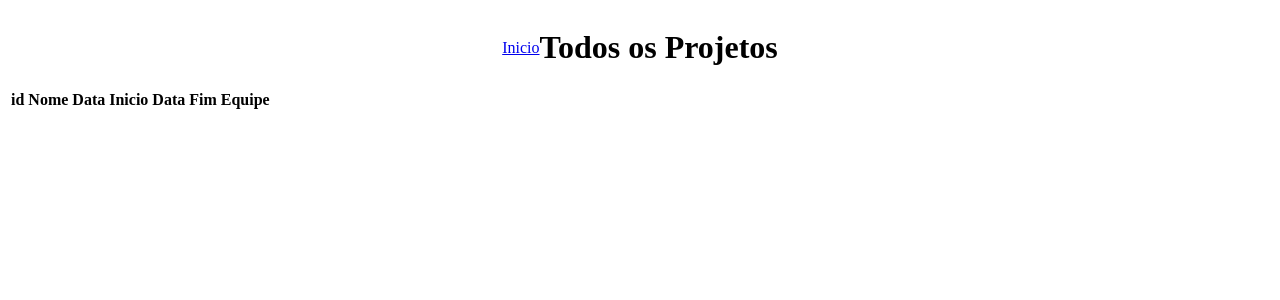
Repository: OmagnetFirel/basico-javaweb
Page: http://localhost/DEVManager/ListarTodosProjetos?np=/listarProjetos.jsp
The author's editor kept a copy of each file at every save. The page is drawn from the files as they stood at one save, then again after the next save.
The browser window is 1280 px wide. The pictures show the whole page.
The page is served by Tomcat 9. Other server files are loaded and not shown. Queries for data that is not in the repository find no rows.

Above is the page before, as saved 2023-04-23 17:58:15.

### DEVManager/src/main/webapp/listarProjetos.jsp
<%@ page language="java" contentType="text/html; charset=ISO-8859-1"
    pageEncoding="ISO-8859-1"%>
    <%@ taglib uri="http://java.sun.com/jsp/jstl/core" prefix="c" %>
<!DOCTYPE html>
<html>
<head>
<meta charset="ISO-8859-1">
<title>DM - Todos os projetos</title>
</head>
<body>
	<div style="display:flex; justify-content:center; align-items:center;">
		<a href="/index.html">Inicio</a>
		<h1>Todos os Projetos</h1>
	</div>

	<table>
		<tr>
			<th>id</th>
			<th>Nome</th>
			<th>Data Inicio</th>
			<th>Data Fim</th>
			<th>Equipe</th>
		</tr>

		<c:forEach var="projeto" items="${projetos}">
			<tr>
				<td>
					${projeto.id}
				</td>
				<td>
					${projeto.nome}
				</td>
				<td>
					${projeto.dataInicio}
				</td>
				<td>
					${projeto.dataFim}
				</td>
				<td>
					${projeto.equipe.nome}
				</td>
			</tr>
		</c:forEach>


	</table>
</body>
</html>

### DEVManager/src/main/java/br/devmanager/controller/ListarTodosProjetos.java
package br.devmanager.controller;

import java.io.IOException;
import java.sql.SQLException;
import java.util.List;

import javax.servlet.RequestDispatcher;
import javax.servlet.ServletException;
import javax.servlet.annotation.WebServlet;
import javax.servlet.http.HttpServlet;
import javax.servlet.http.HttpServletRequest;
import javax.servlet.http.HttpServletResponse;

import br.devmanager.dao.ProjetoDao;
import br.devmanager.model.Projeto;


@WebServlet("/ListarTodosProjetos")
public class ListarTodosProjetos extends HttpServlet {
	private static final long serialVersionUID = 1L;

    public ListarTodosProjetos() {
        super();
    }


	protected void doGet(HttpServletRequest request, HttpServletResponse response) throws ServletException, IOException {
		ProjetoDao pjDAO = new ProjetoDao();
		List<Projeto> projetos = null;
		try {
			projetos = pjDAO.buscarTodos();
		} catch (SQLException e) {
			e.printStackTrace();
		}

		String np = request.getParameter("np");
		request.setAttribute("projetos", projetos);
		RequestDispatcher rd = request.getRequestDispatcher(np);
		rd.forward(request, response);
	}


	protected void doPost(HttpServletRequest request, HttpServletResponse response) throws ServletException, IOException {
		doGet(request, response);
	}

}

### DEVManager/src/main/java/br/devmanager/dao/ProjetoDao.java
package br.devmanager.dao;
import java.util.List;
import java.util.ArrayList;
import java.sql.Connection;
import java.sql.PreparedStatement;
import java.sql.ResultSet;
import java.sql.SQLException;

import br.devmanager.model.Projeto;

public class ProjetoDao {
	private Connection con = null;

	public ProjetoDao() {
		con = ConnectionFactory.getConnection();
	}

	public void adicionar(Projeto projeto) throws SQLException {
		String sql = "insert into projeto(nome, data_inicio, data_fim, equipe_id) values (?,?,?,?)";
		PreparedStatement stmt = con.prepareStatement(sql);

		java.sql.Date data_inicio_Convertida = null;
		try {
			data_inicio_Convertida = new java.sql.Date(projeto.getDataInicio().getTime());
		}catch (Exception e) {
			// TODO: handle exception
		}

		java.sql.Date data_fim_Convertida = null;
		try {
			data_fim_Convertida = new java.sql.Date(projeto.getDataFim().getTime());
		}catch (Exception e) {
			// TODO: handle exception
		}
		stmt.setString(1, projeto.getNome());
		stmt.setDate(2, data_inicio_Convertida);
		stmt.setDate(3, data_fim_Convertida);
		stmt.setInt(4, projeto.getEquipe().getId());

		stmt.execute();
		stmt.close();
		con.close();
	}

	public Projeto buscarUm(int id) throws SQLException{

		String sql = "select id, nome, data_inicio, data_fim, equipe_id from projeto where id=?";
		PreparedStatement stmt = con.prepareStatement(sql);
		stmt.setInt(1, id);
		ResultSet rs = stmt.executeQuery();

		Projeto projeto = null;

		if(rs.next()) {
			try {
				EquipeDao equipeDao = new EquipeDao();


				projeto = new Projeto(
						rs.getInt("id"),
						rs.getString("nome"),
						rs.getDate("data_inicio"),
						rs.getDate("data_fim"),
						equipeDao.buscarUm(rs.getInt("equipeId"))
						);
			}catch (Exception e) {
				System.out.println("Error: " + e);
			}
		} else {
			System.out.println("Não foi encontrado nem um proje com o id: " + id);
		}
		stmt.close();
		con.close();

		return projeto;

	}

	public List<Projeto> buscarTodos() throws SQLException {
		String sql = "select id, nome, data_inicio, data_fim, equipe_id from projeto";
		PreparedStatement stmt = con.prepareStatement(sql);
		ResultSet rs = stmt.executeQuery();

		List<Projeto> projetos = new ArrayList<Projeto>();
		while(rs.next()) {
			EquipeDao equipeDao = new EquipeDao();

			Projeto projeto = new Projeto(
					rs.getInt("id"),
					rs.getString("nome"),
					rs.getDate("data_inicio"),
					rs.getDate("data_fim"),
					equipeDao.buscarUm(rs.getInt("equipe_id"))
					);

			projetos.add(projeto);
		}

		return projetos;
	}
}

### DEVManager/src/main/java/br/devmanager/dao/ConnectionFactory.java
package br.devmanager.dao;

import java.sql.Connection;
import java.sql.DriverManager;
import java.sql.SQLException;

public class ConnectionFactory {

	public static Connection getConnection() {

		try {
			Class.forName("com.mysql.cj.jdbc.Driver");
		} catch (ClassNotFoundException e1) {
			// TODO Auto-generated catch block
			e1.printStackTrace();
		}


		try {
			return DriverManager.getConnection("jdbc:mysql://localhost:3306/db_star"
					,"root",
					"");
		} catch (SQLException e) {
			System.out.println("trolei aqui");
			e.printStackTrace();
		}
		return null;
	}
}

After the next save:
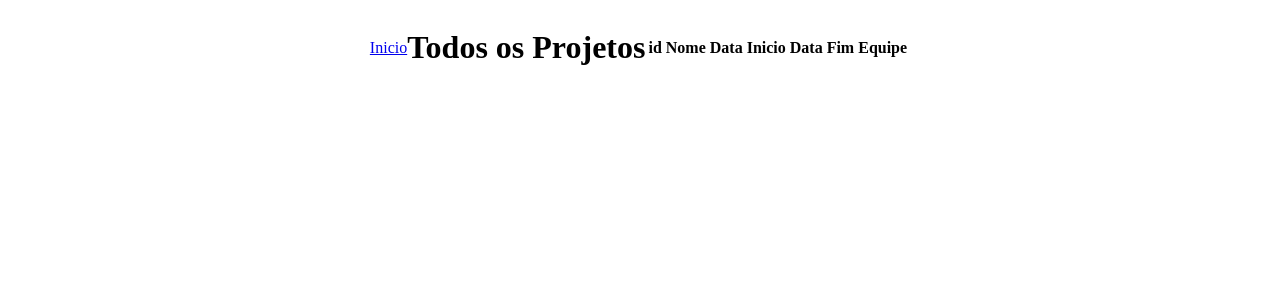
Saved 15 s later.
--- a/DEVManager/src/main/webapp/listarProjetos.jsp
+++ b/DEVManager/src/main/webapp/listarProjetos.jsp
@@ -7,7 +7,7 @@
 <meta charset="ISO-8859-1">
 <title>DM - Todos os projetos</title>
 </head>
-<body>
+<body  style="display:flex; justify-content:center; align-items:center;">
 	<div style="display:flex; justify-content:center; align-items:center;">
 		<a href="/index.html">Inicio</a>
 		<h1>Todos os Projetos</h1>
